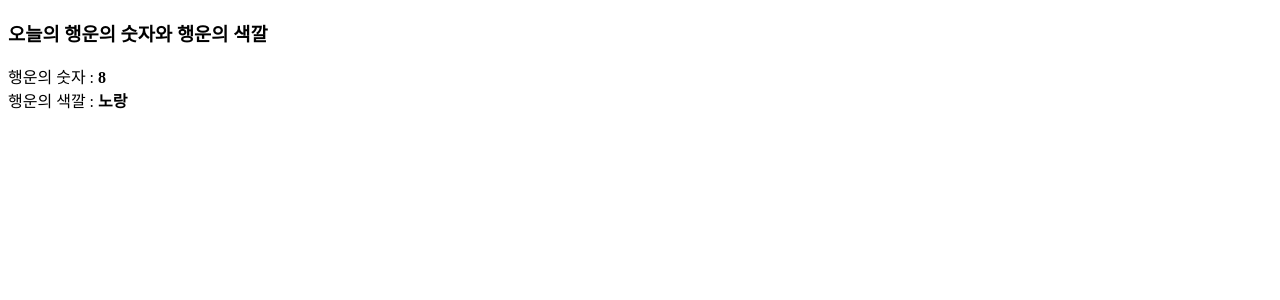
Repository: dwanGim/JSP_basic
Page: http://localhost/20220322/jsptag/tag_quiz01.jsp
An editor plug-in stored every save of this project. The page is shown before and after a run of saves, followed by the edit.
The browser window is 1280 px wide. The pictures show the whole page.
The page is served by Tomcat 9.

Above is the page before, as saved 2022-03-23 09:23:40.

After the next 2 saves:
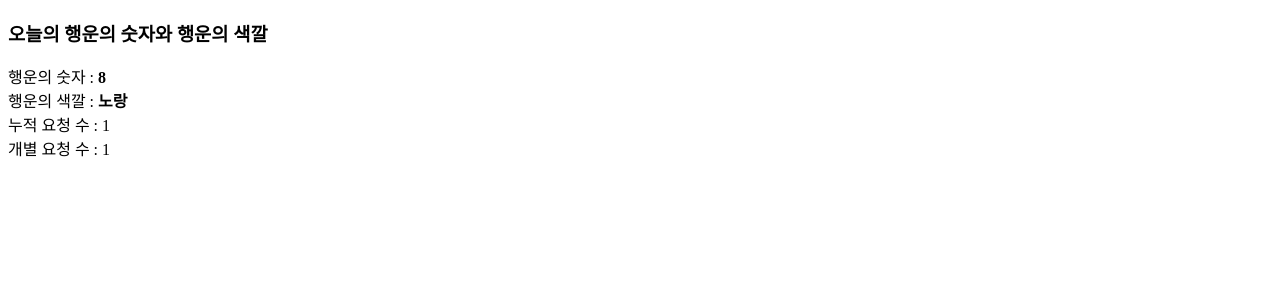
The 2 saves are shown as one change because 1 did not build or start.
The last was saved 2 min 6 s later.
--- a/20220322/src/main/webapp/jsptag/tag_quiz01.jsp
+++ b/20220322/src/main/webapp/jsptag/tag_quiz01.jsp
@@ -33,13 +33,20 @@
 			return rc;
 		}
 	}
-	// Declaration(선언부)에 선언한 변수는 딱 한 번만 실행되는 static 속성을 가지게 됩니다.
+	// Declaration(선언부)에 선언한 변수는 접속 직후 딱 한 번만 선언되는 static 속성을 가지게 됩니다.
 	int total = 0;
 
 %>
+<%
+	// 스크립트릿에 선언한 변수는 새로고침 할 때 마다 새롭게 선언됩니다.
+	int each = 0;
+	total++;
+	each++;
+%>
 	<h3>오늘의 행운의 숫자와 행운의 색깔</h3>
 	행운의 숫자 : <b><%= randomNumber() %></b> <br>
-
-	행운의 색깔 : <b><%= randomColor() %></b>
+	행운의 색깔 : <b><%= randomColor() %></b><br>
+	누적 요청 수 : <%= total %>	<br>
+	개별 요청 수 : <%=each %><br>
 </body>
 </html>
